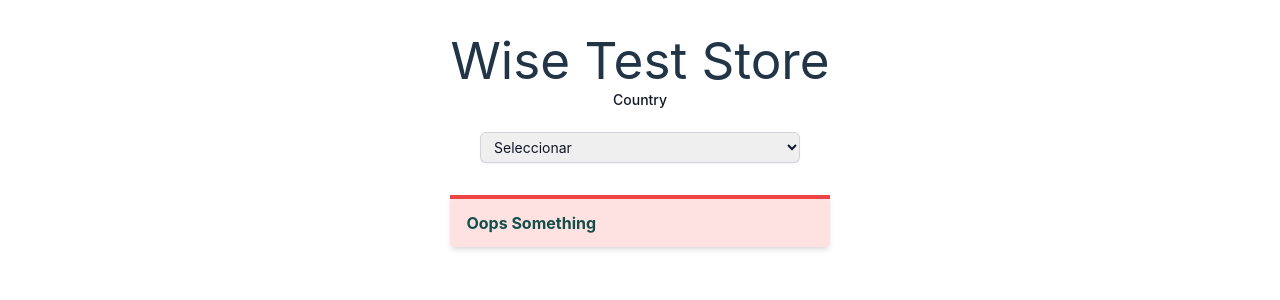
Repository: marianozamora/reactredux-wise
Page: /
The author's editor kept a copy of each file at every save. The page is drawn from the files as they stood at one save, then again after the next save.
The browser window is 1280 px wide. The pictures show the whole page.
The page's requests for data from a server got no answer. The project was rebuilt for these pictures with package versions that can differ from the ones it lists, and the page was loaded fresh each time. No one was signed in, and anything a server would have sent is missing. Also part of the build but not shown: vite.config.ts, src/icons.tsx.

Above is the page before, as saved 2023-04-08 04:24:54.

After the next save:
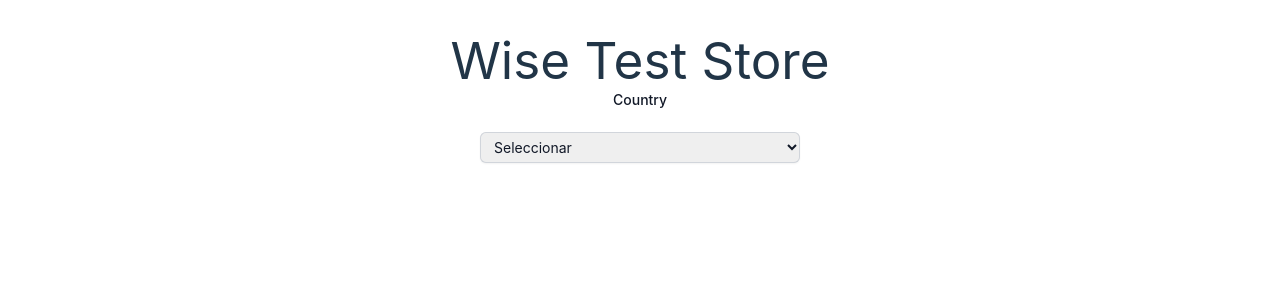
Saved 116 s later.
--- a/src/App.tsx
+++ b/src/App.tsx
@@ -128,23 +128,18 @@ function App() {
 
       {
         isAlertVisible && (
-          <div className="fixed bottom-0 bg-teal-100  border-teal-500 border-t-4 rounded-b text-teal-900 px-4 py-3 shadow-md" role="alert">
+          <div className={`fixed bottom-0
+          ${isAlertError ? 'bg-red-100  border-red-500' : "bg-teal-100  border-teal-500 "}
+          border-t-4 rounded-b text-teal-900 px-4 py-3 shadow-md`} role="alert">
           <div className="flex">
             <div>
-              <p className="font-bold">Page Load in time.</p>
+                <p className="font-bold">{ isAlertError ? "Oops Something" : "Page Load in time"}.</p>
             </div>
           </div>
         </div>
         )
       }
 
-      <div className="bg-red-100  border-red-500 border-t-4 rounded-b text-teal-900 px-4 py-3 shadow-md" role="alert">
-        <div className="flex">
-          <div>
-            <p className="font-bold">Oops Something </p>
-          </div>
-        </div>
-      </div>
     </div>
   );
 }
